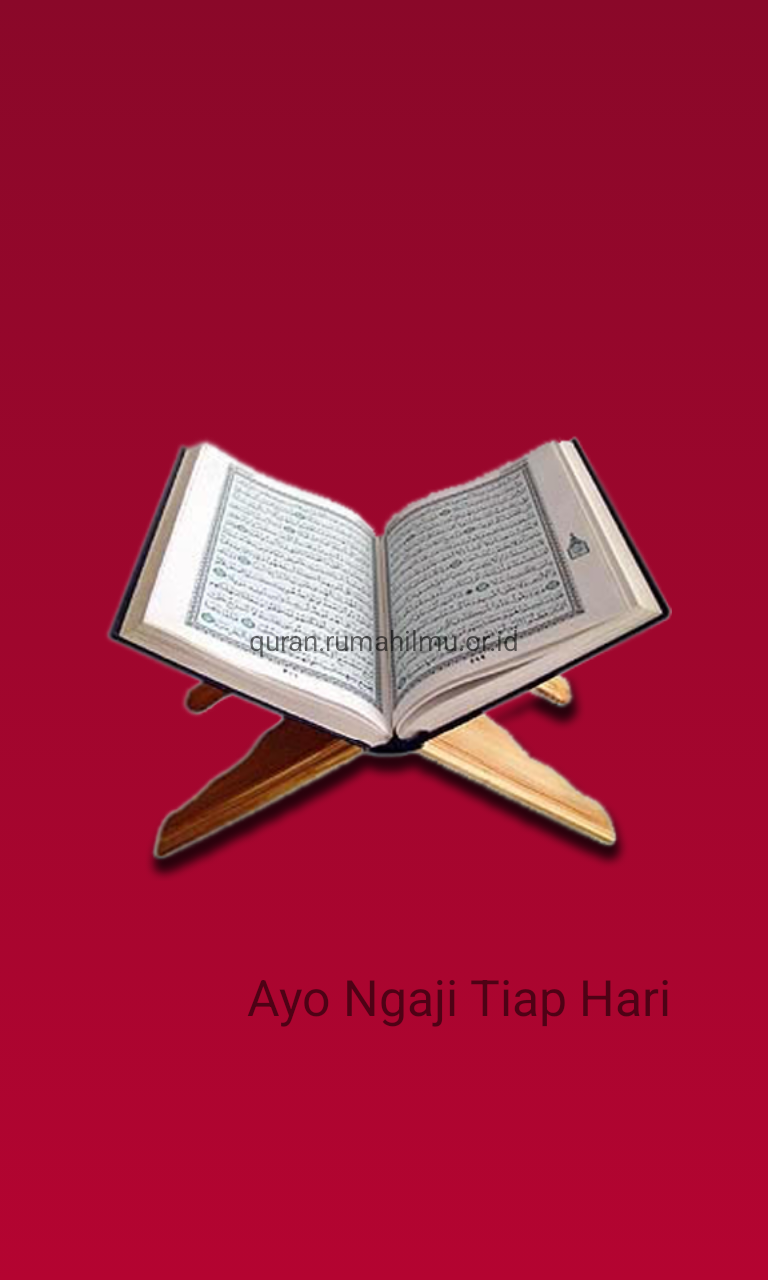
Repository: rezaervani/ayongajitiaphari
Layout: AyoNgajiTiapHari/res/layout/layarsplash.xml
These files come from the project's save history. The layout is drawn as it stood at one moment and after the next save; the edit follows.
It is drawn on a 768 x 1280 px phone screen (xhdpi) without system bars, with theme AppTheme; the app's code is not run.

Above is the layout before, as saved 2014-06-29 07:26:53.

After the next save:
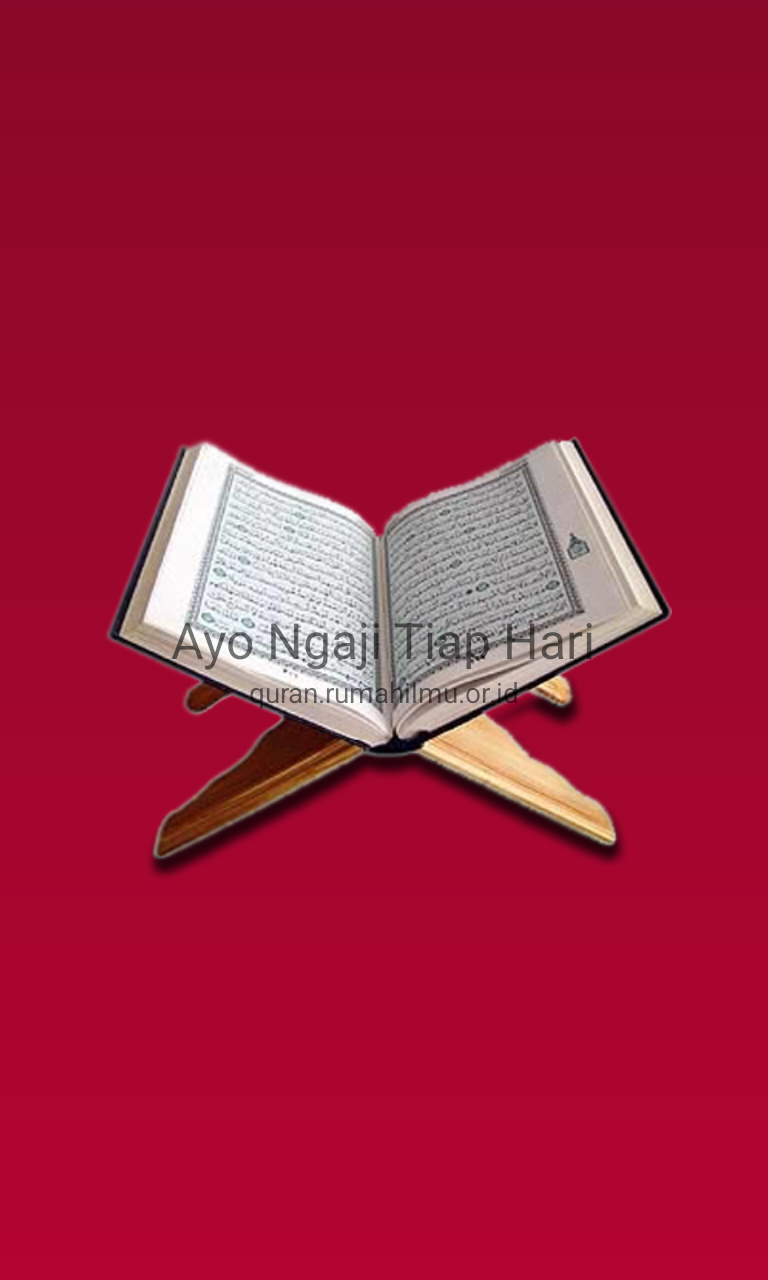
Saved 89 s later.
--- a/AyoNgajiTiapHari/res/layout/layarsplash.xml
+++ b/AyoNgajiTiapHari/res/layout/layarsplash.xml
@@ -18,9 +18,8 @@
         android:id="@+id/textView1"
         android:layout_width="wrap_content"
         android:layout_height="wrap_content"
-        android:layout_alignRight="@+id/imageView1"
-        android:layout_below="@+id/imageView1"
-        android:layout_marginTop="41dp"
+        android:layout_centerHorizontal="true"
+        android:layout_centerVertical="true"
         android:text="@string/juduldepan"
         android:textSize="25sp" />
 
@@ -28,8 +27,8 @@
         android:id="@+id/textView2"
         android:layout_width="wrap_content"
         android:layout_height="wrap_content"
+        android:layout_below="@+id/textView1"
         android:layout_centerHorizontal="true"
-        android:layout_centerVertical="true"
         android:text="@string/situs" />
 
 </RelativeLayout>
